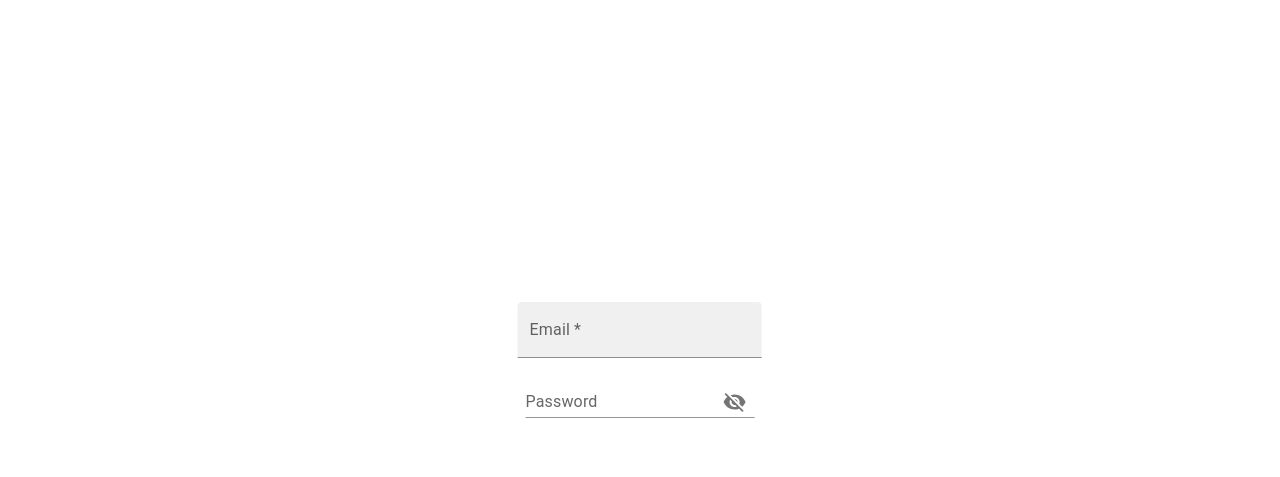
Repository: satya-ranjon/Instagram-clone-dev
Page: /login
These files come from the project's save history. The page is drawn as it stood at one moment and after the next save; the edit follows.
The browser window is 1280 px wide. The pictures show the whole page.
The project was rebuilt for these pictures with package versions that can differ from the ones it lists, and the page was loaded fresh each time. Also part of the build but not shown: src/components/PostDetiels/PostDetielPost.jsx, src/components/PostDetiels/PostDetielsHader.jsx, src/components/PostDetiels/SingleComment.jsx, src/components/PostDetiels/CommentDetiels.jsx, src/components/PostDetiels/Comment.jsx, src/components/PostDetiels/PostDitelsFooter.jsx, src/components/PostDetiels/PostDetielsContainer.jsx, src/components/Expolor/ExpolorPost.jsx and 37 more.

Above is the page before, as saved 2022-04-25 17:08:28.

### public/index.html
<!DOCTYPE html>
<html lang="en">
  <head>
    <meta charset="utf-8" />
    <link rel="icon" href="%PUBLIC_URL%/faveicon.png" />
    <meta name="viewport" content="width=device-width, initial-scale=1" />
    <meta name="theme-color" content="#000000" />
    <meta
      name="description"
      content="Web site created using create-react-app"
    />
    <link rel="apple-touch-icon" href="%PUBLIC_URL%/logo192.png" />
    <!--
      manifest.json provides metadata used when your web app is installed on a
      user's mobile device or desktop. See https://developers.google.com/web/fundamentals/web-app-manifest/
    -->
    <link rel="manifest" href="%PUBLIC_URL%/manifest.json" />
    <!--
      Notice the use of %PUBLIC_URL% in the tags above.
      It will be replaced with the URL of the `public` folder during the build.
      Only files inside the `public` folder can be referenced from the HTML.

      Unlike "/favicon.ico" or "favicon.ico", "%PUBLIC_URL%/favicon.ico" will
      work correctly both with client-side routing and a non-root public URL.
      Learn how to configure a non-root public URL by running `npm run build`.
    -->
    <title>React App</title>
  </head>
  <body>
    <noscript>You need to enable JavaScript to run this app.</noscript>
    <div id="root"></div>
    <!--
      This HTML file is a template.
      If you open it directly in the browser, you will see an empty page.

      You can add webfonts, meta tags, or analytics to this file.
      The build step will place the bundled scripts into the <body> tag.

      To begin the development, run `npm start` or `yarn start`.
      To create a production bundle, use `npm run build` or `yarn build`.
    -->
  </body>
</html>

### src/index.css
@import url("https://fonts.googleapis.com/css2?family=Kaushan+Script&display=swap");

@tailwind base;
@tailwind components;
@tailwind utilities;

@layer components {
  .grid___three {
    @apply grid grid-cols-1 sm:grid-cols-2 md:grid-cols-3 gap-2 lg:gap-4 transition-all duration-300 my-10 font-semibold mx-10  sm:mx-20 lg:mx-32 xl:mx-40;
  }
  .grid___two {
    @apply grid grid-cols-1 sm:grid-cols-2 gap-2 lg:gap-4  my-10 font-semibold mx-10 transition-all duration-300 sm:mx-20 lg:mx-32 xl:mx-40;
  }
  .grid___one {
    @apply grid grid-cols-1  gap-2 lg:gap-4  my-10 font-semibold mx-10 sm:mx-32 md:mx-44 transition-all duration-300 lg:mx-60 xl:mx-60;
  }
  .img__three {
    @apply bg-red-300 w-full h-[18rem] transition-all duration-300 sm:h-[14rem] xl:h-[18rem] 2xl:h-[28rem];
  }
  .img__two {
    @apply bg-red-300 w-full h-[18rem] transition-all duration-300 sm:h-[20rem] lg:h-[24rem] xl:h-[28rem] 2xl:h-[40rem];
  }
  .img__one {
    @apply bg-red-300 w-full h-[18rem] transition-all duration-300 sm:h-[20rem] lg:h-[32rem] xl:h-[40rem] 2xl:h-[52rem];
  }
  .button__btn {
    @apply text-sm bg-neutral-200 transition-all duration-300 hover:bg-neutral-300 my-auto p-1 px-3 rounded-sm font-semibold cursor-pointer;
  }
  .photo__feed {
    @apply grid grid-cols-2 md:grid-cols-3 lg:grid-cols-4 gap-3 sm:max-h-[26rem] h-fit sm:overflow-y-scroll;
  }
  .profile_section {
    @apply w-full px-10 sm:px-0 sm:w-[18rem] md:w-[25rem] lg:w-[38rem] xl:w-[50rem] 2xl:w-[60rem];
  }
  .image__i {
    @apply h-[12rem] sm:h-[10rem] lg:h-[12rem] w-full bg-red-200;
  }
  .video__v {
    @apply h-[20rem] md:h-full w-full bg-red-200 sm:col-span-2 row-span-2;
  }
  .post__detiels_model {
    @apply transition-all duration-300 sm:w-[36rem] lg:w-[60rem] xl:w-[75rem] h-[70rem]  lg:h-[50rem] flex lg:flex-row flex-col justify-between;
  }
}

@layer utilities {
  .text__2xl {
    font-size: 3rem;
  }
}

/* body::-webkit-scrollbar {
  display: none;
} */
.hide_scrollbar::-webkit-scrollbar {
  display: none;
  overflow: hidden;
}

#category {
  overflow: hidden;
}

.hover_show {
  top: -1000%;
  left: 0%;
  transition: all 0.3s;
}
.expolor:hover .hover_show {
  display: block;
  top: 0%;
}

.login__box {
  position: absolute;
  top: 50%;
  left: 50%;
  transform: translate(-50%, -50%);
}

### src/App.js
import { Route, Routes } from "react-router-dom";
import ExpolorContainer from "./components/Expolor/ExpolorContainer";
import HomeContainder from "./components/Home/HomeContainder";
import InboxContainer from "./components/Inbox/InboxContainer";
import Login from "./components/Login";
import PrivateRoutes from "./components/PrivateRoutes";
import ProfileContainer from "./components/Profile/ProfileContainer";

function App() {
  return (
    <>
      <Routes>
        <Route path="/*" element={<PrivateRoutes />}>
          <Route path="" element={<HomeContainder />} />
          <Route path="inbox" element={<InboxContainer />} />
          <Route path="profile" element={<ProfileContainer />} />
          <Route path="expolor" element={<ExpolorContainer />} />
        </Route>
        <Route path="login" element={<Login />} />
      </Routes>
    </>
  );
}

export default App;

### src/components/Login.jsx
import { TextField } from "@mui/material";
import React from "react";
import Box from "@mui/material/Box";
import IconButton from "@mui/material/IconButton";
import Input from "@mui/material/Input";
import FilledInput from "@mui/material/FilledInput";
import OutlinedInput from "@mui/material/OutlinedInput";
import InputLabel from "@mui/material/InputLabel";
import InputAdornment from "@mui/material/InputAdornment";
import FormHelperText from "@mui/material/FormHelperText";
import FormControl from "@mui/material/FormControl";
import Visibility from "@mui/icons-material/Visibility";
import VisibilityOff from "@mui/icons-material/VisibilityOff";

export default function Login() {
  return (
    <div className=" w-full h-screen">
      <div className="login__box">
        <div className="">
          <form className=" space-y-3">
            <TextField id="filled-basic" label="Email *" variant="filled" />
            <br />
            <FormControl sx={{ m: 1, width: "25ch" }} variant="standard">
              <InputLabel htmlFor="standard-adornment-password">
                Password
              </InputLabel>
              <Input
                id="standard-adornment-password"
                type={true ? "text" : "password"}
                endAdornment={
                  <InputAdornment position="end">
                    <IconButton aria-label="toggle password visibility">
                      {true ? <VisibilityOff /> : <Visibility />}
                    </IconButton>
                  </InputAdornment>
                }
              />
            </FormControl>
          </form>
        </div>
      </div>
    </div>
  );
}

### tailwind.config.js
module.exports = {
  content: ["./src/**/*.{js,jsx,ts,tsx}"],
  theme: {
    extend: {
      screens: {
        "3sm": "380px",
        "2sm": "480px",
        "4sm": "640px",
        "2lg": "1160px",
      },
    },
  },
  plugins: [require("tailwind-scrollbar")],
};

Loaded but not shown: src/index.js (common file)

After the next save:
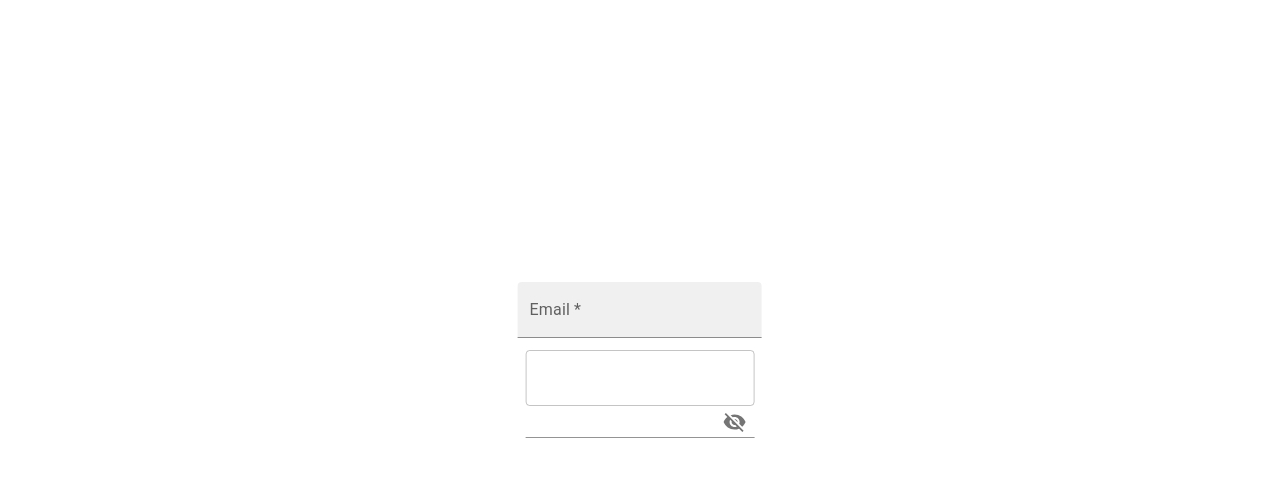
Saved 29 s later.
--- a/src/components/Login.jsx
+++ b/src/components/Login.jsx
@@ -21,9 +21,9 @@
             <TextField id="filled-basic" label="Email *" variant="filled" />
             <br />
             <FormControl sx={{ m: 1, width: "25ch" }} variant="standard">
-              <InputLabel htmlFor="standard-adornment-password">
+              <TextField htmlFor="standard-adornment-password">
                 Password
-              </InputLabel>
+              </TextField>
               <Input
                 id="standard-adornment-password"
                 type={true ? "text" : "password"}

After the save that followed:
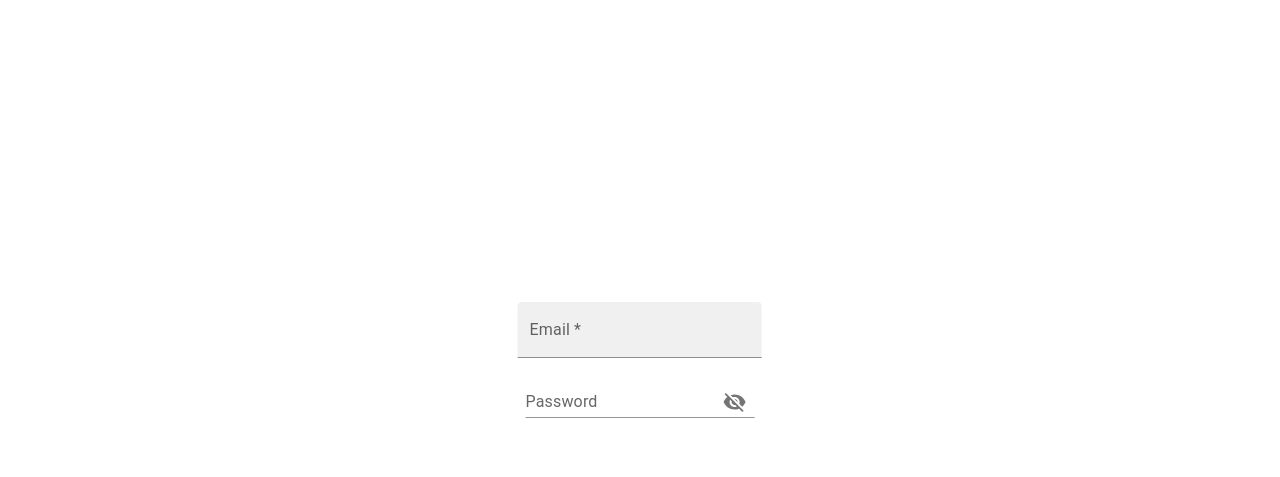
Saved 8 s later.
--- a/src/components/Login.jsx
+++ b/src/components/Login.jsx
@@ -21,9 +21,9 @@
             <TextField id="filled-basic" label="Email *" variant="filled" />
             <br />
             <FormControl sx={{ m: 1, width: "25ch" }} variant="standard">
-              <TextField htmlFor="standard-adornment-password">
+              <InputLabel htmlFor="standard-adornment-password">
                 Password
-              </TextField>
+              </InputLabel>
               <Input
                 id="standard-adornment-password"
                 type={true ? "text" : "password"}
